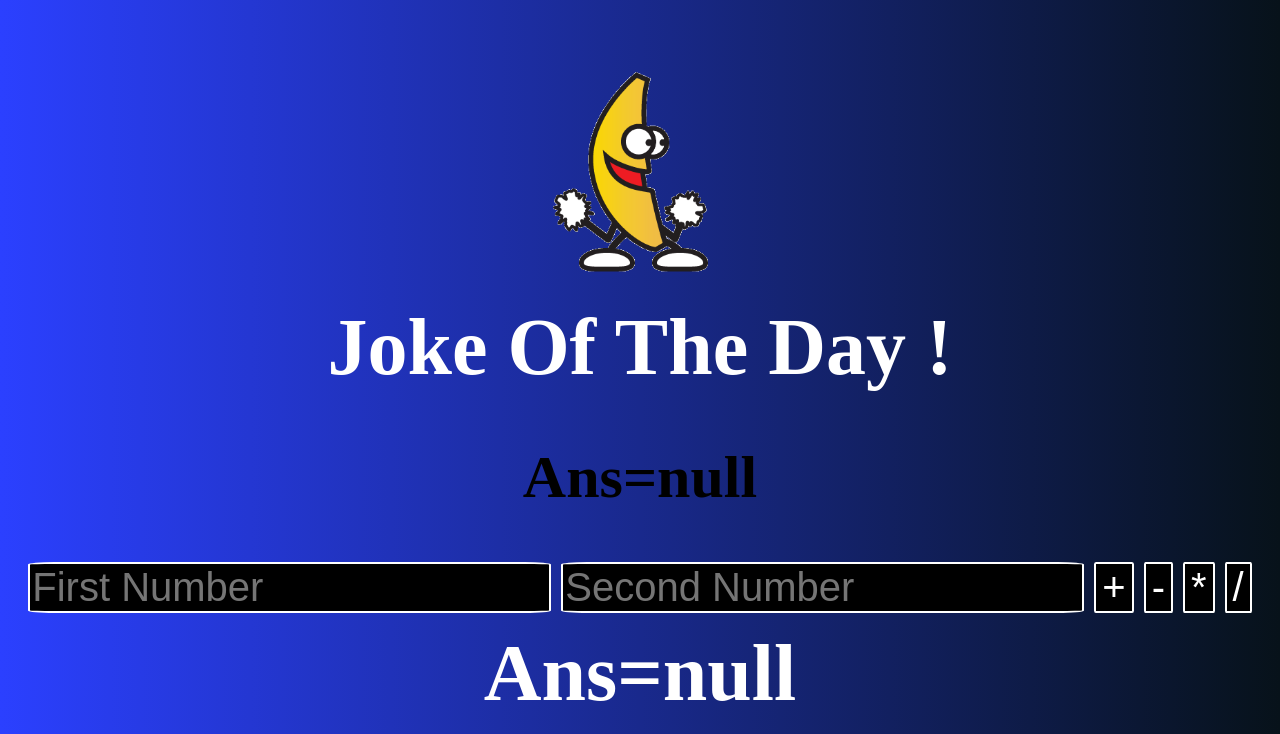
Repository: abhishekkumar013/Java-Code
Page: http://localhost/JokeCalculator/result.jsp
The author's editor kept a copy of each file at every save. The page is drawn from the files as they stood at one save, then again after the next save.
The browser window is 1280 px wide. The pictures show the whole page.
The page is served by Tomcat 10. Other server files are loaded and not shown.

Above is the page before, as saved 2024-07-02 04:20:03.

### JokeCalculator/src/main/webapp/result.jsp
<%@ page language="java" contentType="text/html; charset=UTF-8"
    pageEncoding="UTF-8"%>
<!DOCTYPE html>
<html>
<head>
<meta charset="UTF-8">
<title>First Project by CodingWallahSir</title>
<style type="text/css">

body {
  font-size: 40px;
  text-align:center;
  background: linear-gradient(to right,  #2b40ff,#07121a);
}

h1,h3{
color: white;
margin:15px;
}
input, button {
  font-size:40px;
  color: white;
  border-radius: 5%;
  background-color: black;
  border: 2px solid white;
}

img{
width: 20%;
height:20%;
margin-top: 20px;
}
img:hover{
  -ms-transform: scale(1.1); /* IE 9 */
  -webkit-transform: scale(1.1); /* Safari 3-8 */
   transform: scale(1.1);
}

</style>

</head>
<body>

    <img alt="" src="images\output.gif">
    <h1>Joke Of The Day !</h1>
    <h2>Ans=<%=request.getParameter("joke")%> </h2>


<form action="MyServlet">
    <input name="num1" placeholder="First Number"></input>
    <input name="num2" placeholder="Second Number"></input>
    <button name="bt1" value="1"> + </button>
    <button name="bt1" value="2"> - </button>
    <button name="bt1" value="3"> * </button>
    <button name="bt1" value="4"> / </button>
</form>
<h1>Ans=<%=request.getParameter("ans")%> </h1>


</body>
</html>

After the next save:
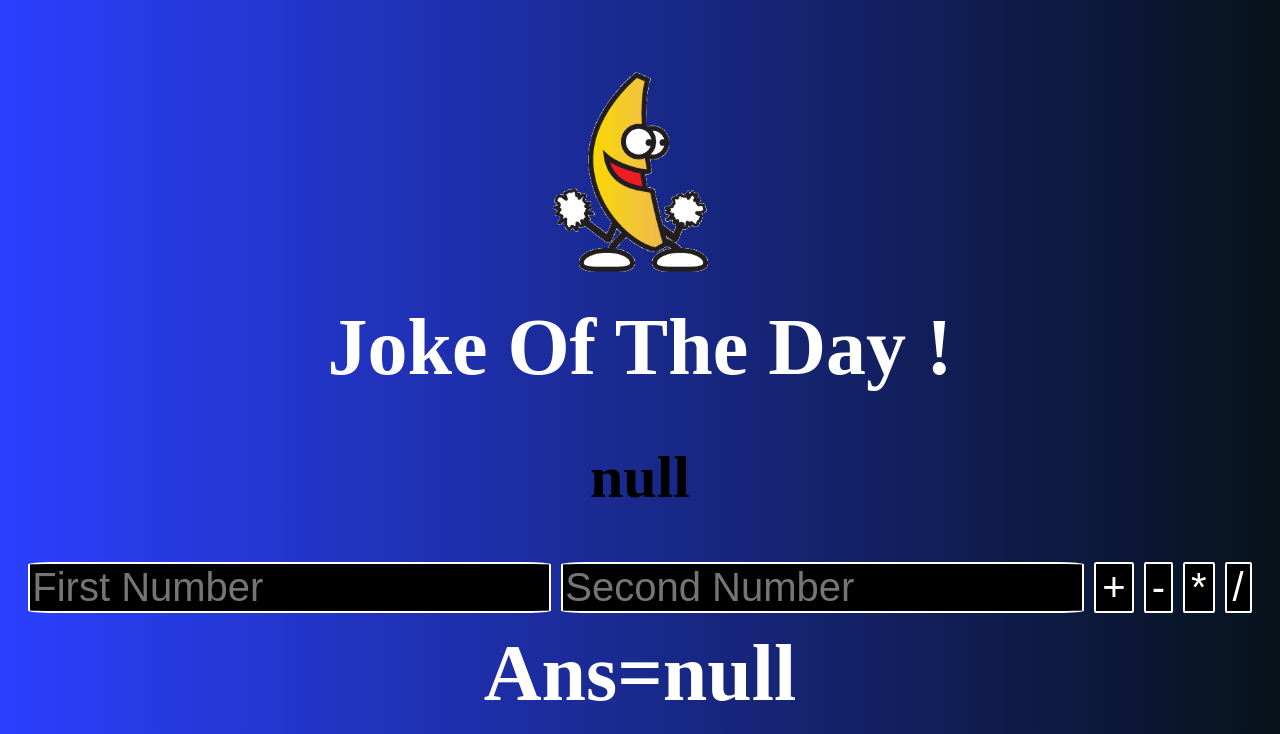
Saved 5 s later.
--- a/JokeCalculator/src/main/webapp/result.jsp
+++ b/JokeCalculator/src/main/webapp/result.jsp
@@ -43,7 +43,7 @@
 
     <img alt="" src="images\output.gif">
     <h1>Joke Of The Day !</h1>
-    <h2>Ans=<%=request.getParameter("joke")%> </h2>
+    <h2><%=request.getParameter("joke")%> </h2>
 
 
 <form action="MyServlet">
